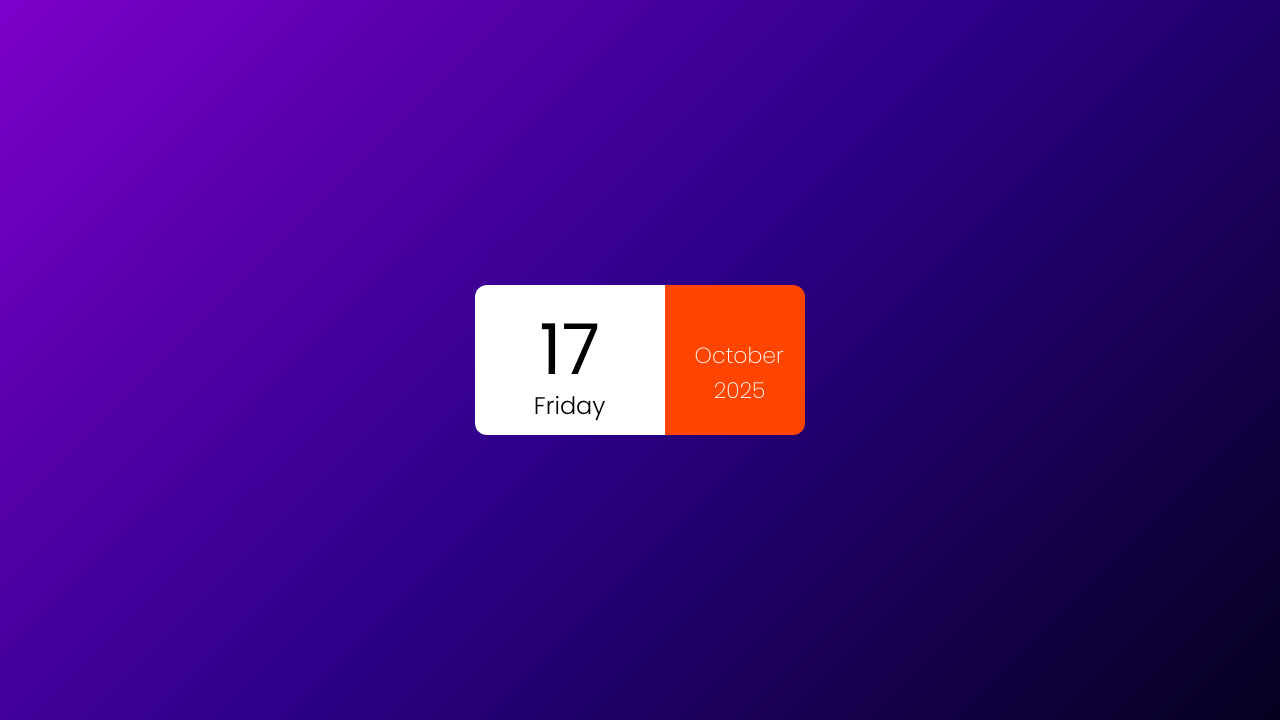
Repository: Ankitkr2021/Calendar
Page: index.html
These files come from the project's save history. The page is drawn as it stood at one moment and after the next save; the edit follows.
The browser window is 1280 px wide. The pictures show the whole page.

Above is the page before, as saved 2025-10-17 19:35:17.

### index.html
<!DOCTYPE html>
<html lang="en">
<head>
    <meta charset="UTF-8">
    <meta name="viewport" content="width=device-width, initial-scale=1.0">
    <title>Document</title>
    <link rel="stylesheet" href="./style.css">
</head>
<body>
    <div class="box">
        <div class="date">
            <h1>
            <div class="din"> 17</div>
            <div class="day"> Friday</div>
            </h1>
        </div>
        <div class="month">
            <div class="mon">October</div>
            <div class="year">2025</div>
        </div>
    </div>
</body>
</html>

### style.css
@import url('https://fonts.googleapis.com/css2?family=Poppins:wght@100;200;300;400;500;600;700;800;900&display=swap');

*{
    margin: 0;
    padding: 0;
    box-sizing: border-box;
    font-family: "Poppins",sans-serif;
}

.box {
    display: flex;
    align-items: center;
    justify-content: center;
    height: 100vh;
    background: linear-gradient(135deg, #7d00ca, #2b0087 50%, #05001f 100%);
    color: #fff;
}

.date {
    background: #fff;
    color: #000;
    height: 150px;
    width: 190px;
    display: flex;
    align-items: center;
    justify-content: center;
    border-top-left-radius: 12px;
    border-bottom-left-radius: 12px;
}

.din {
    text-align: center;
    font-size: 70px;
    font-weight: 400;
    margin-bottom: -15px;
}

.day{
    font-size: 24px;
    font-weight: 300;

}

.mon {
    /* display: flex;
    align-items: center;
    justify-content: center; */
    position: relative;
    left: 30px;
    top: 5px;
    font-size: 22px;
    font-weight: 200;
    margin-bottom: 20px;
}

.year {
    /* background: #fff; */
    position: relative;
    right: 40px;
    top: 30px;
     font-size: 22px;
    font-weight: 200;
}

.month{
    background: orangered;
    height: 150px;
    display: flex;
    align-items: center;
    justify-content: center;
    border-top-right-radius: 12px;
    border-bottom-right-radius: 12px;

}

After the next save:
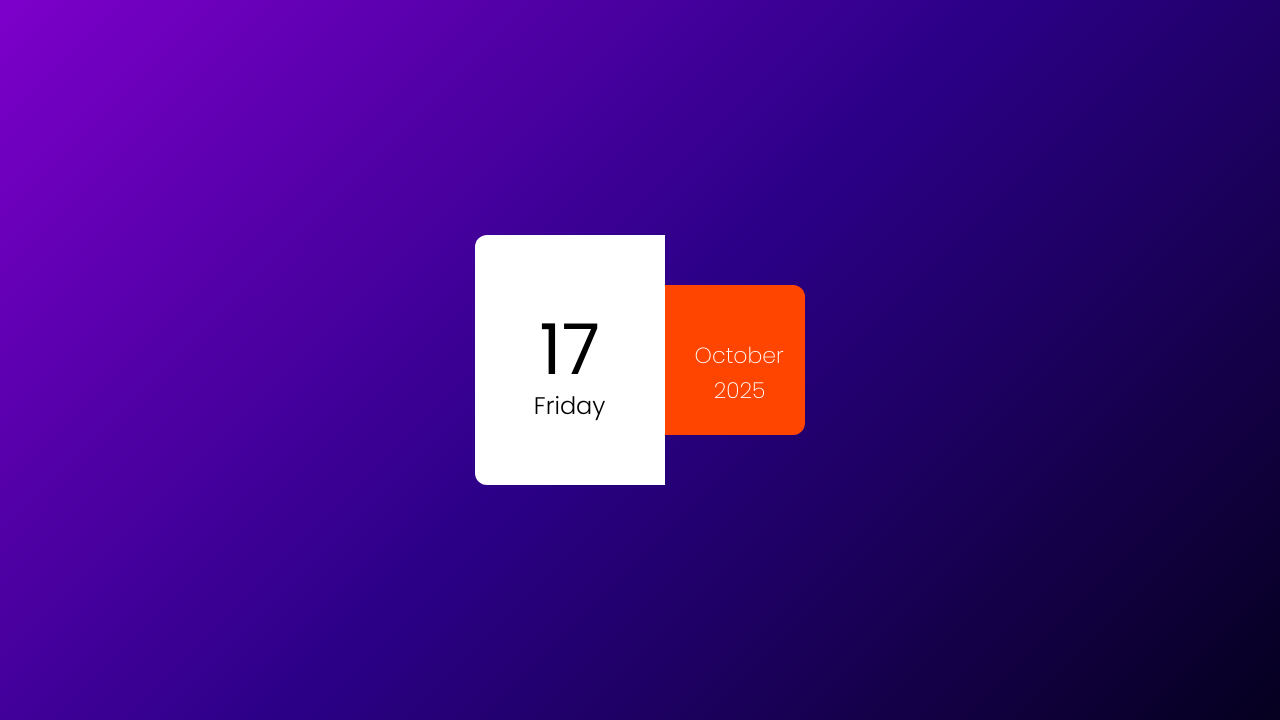
Saved 8 s later.
--- a/style.css
+++ b/style.css
@@ -19,7 +19,7 @@
 .date {
     background: #fff;
     color: #000;
-    height: 150px;
+    height: 250px;
     width: 190px;
     display: flex;
     align-items: center;
